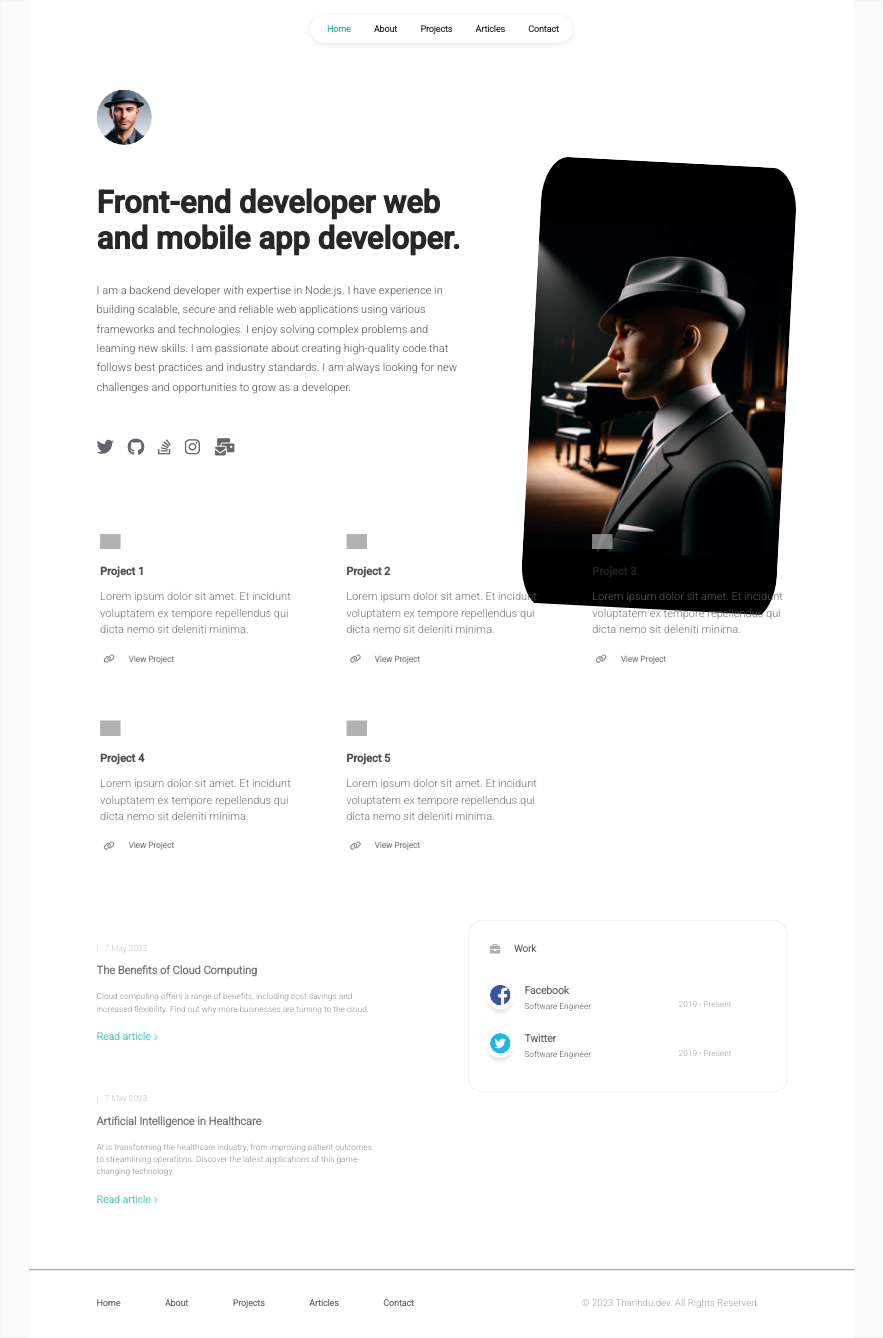
Repository: Dimple3377/reactfolio-master
Page: /
These files come from the project's save history. The page is drawn as it stood at one moment and after the next save; the edit follows.
The browser window is 1280 px wide. The pictures show the whole page, at 69% of full size.
Pictures or frames that could not be fetched are drawn as grey boxes. The project was rebuilt for these pictures with package versions that can differ from the ones it lists, and the page was loaded fresh each time. Also part of the build but not shown: src/components/about/socials.jsx, src/pages/styles/about.css, src/pages/about.jsx, src/pages/styles/projects.css, src/pages/projects.jsx, src/components/articles/article.jsx, src/pages/styles/articles.css, src/pages/articles.jsx and 5 more.

Above is the page before, as saved 2024-04-23 23:51:10.

### src/components/common/footer.jsx
import React from "react";
import { Link } from "react-router-dom";

import "./styles/footer.css";

const Footer = () => {
	return (
		<React.Fragment>
			<div className="footer">
				<div className="footer-links">
					<ul className="footer-nav-link-list">
						<li className="footer-nav-link-item">
							<Link to="/">Home</Link>
						</li>
						<li className="footer-nav-link-item">
							<Link to="/about">About</Link>
						</li>
						<li className="footer-nav-link-item">
							<Link to="/projects">Projects</Link>
						</li>
						<li className="footer-nav-link-item">
							<Link to="/articles">Articles</Link>
						</li>
						<li className="footer-nav-link-item">
							<Link to="/contact">Contact</Link>
						</li>
					</ul>
				</div>

				<div className="footer-credits">
					<div className="footer-credits-text">
						© 2023 Tharindu.dev. All Rights Reserved.
					</div>
				</div>
			</div>
		</React.Fragment>
	);
};

export default Footer;

### src/components/common/navBar.jsx
import React from "react";
import { Link } from "react-router-dom";

import "./styles/navBar.css";

const NavBar = (props) => {
	const { active } = props;

	return (
		<React.Fragment>
			<div className="nav-container">
				<nav className="navbar">
					<div className="nav-background">
						<ul className="nav-list">
							<li
								className={
									active === "home"
										? "nav-item active"
										: "nav-item"
								}
							>
								<Link to="/">Home</Link>
							</li>
							<li
								className={
									active === "about"
										? "nav-item active"
										: "nav-item"
								}
							>
								<Link to="/about">About</Link>
							</li>
							<li
								className={
									active === "projects"
										? "nav-item active"
										: "nav-item"
								}
							>
								<Link to="/projects">Projects</Link>
							</li>
							<li
								className={
									active === "articles"
										? "nav-item active"
										: "nav-item"
								}
							>
								<Link to="/articles">Articles</Link>
							</li>
							<li
								className={
									active === "contact"
										? "nav-item active"
										: "nav-item"
								}
							>
								<Link to="/contact">Contact</Link>
							</li>
						</ul>
					</div>
				</nav>
			</div>
		</React.Fragment>
	);
};

export default NavBar;

### src/components/homepage/article.jsx
import React from "react";
import { Link } from "react-router-dom";

import { FontAwesomeIcon } from "@fortawesome/react-fontawesome";
import { faChevronRight } from "@fortawesome/free-solid-svg-icons";

import "./styles/article.css";

const Article = (props) => {
	const { title, description, date, link } = props;

	return (
		<React.Fragment>
			<div className="homepage-article">
				<div className="homepage-article-content">
					<div className="homepage-article-date">
						|&nbsp;&nbsp;&nbsp;{date}
					</div>
					<div className="homepage-article-title">{title}</div>
					<div className="homepage-article-description">
						{description}
					</div>
					<div className="homepage-article-link">
						<Link to={link}>
							Read article{" "}
							<FontAwesomeIcon
								style={{ fontSize: "10px" }}
								icon={faChevronRight}
							/>
						</Link>
					</div>
				</div>
			</div>
		</React.Fragment>
	);
};

export default Article;

### src/components/homepage/works.jsx
import React from "react";
import { faBriefcase } from "@fortawesome/free-solid-svg-icons";

import Card from "../common/card";

import "./styles/works.css";

const Works = () => {
	return (
		<div className="works">
			<Card
				icon={faBriefcase}
				title="Work"
				body={
					<div className="works-body">
						<div className="work">
							<img
								src="./facebook.png"
								alt="facebook"
								className="work-image"
							/>
							<div className="work-title">Facebook</div>
							<div className="work-subtitle">
								Software Engineer
							</div>
							<div className="work-duration">2019 - Present</div>
						</div>

						<div className="work">
							<img
								src="./twitter.png"
								alt="twitter"
								className="work-image"
							/>
							<div className="work-title">Twitter</div>
							<div className="work-subtitle">
								Software Engineer
							</div>
							<div className="work-duration">2019 - Present</div>
						</div>
					</div>
				}
			/>
		</div>
	);
};

export default Works;

### src/data/user.js
const INFO = {
	main: {
		title: "Portfolio by Dimple",
		name: "Joffrey",
		email: "joffran712@gmail.com",
		logo: "../logo.png",
	},

	socials: {
		twitter: "https://twitter.com/",
		github: "https://github.com/",
		linkedin: "https://linkedin.com/",
		instagram: "https://instagram.com/",
		stackoverflow: "https://stackoverflow.com/",
		facebook: "https://facebook.com/",
	},

	homepage: {
		title: "Front-end developer web and mobile app developer.",
		description:
			"I am a backend developer with expertise in Node.js. I have experience in building scalable, secure and reliable web applications using various frameworks and technologies. I enjoy solving complex problems and learning new skills. I am passionate about creating high-quality code that follows best practices and industry standards. I am always looking for new challenges and opportunities to grow as a developer.",
	},

	about: {
		title: "I’m Tharindu N. I live in Sri Lanka, where I design the future.",
		description:
			"I've worked on a variety of projects over the years and I'm proud of the progress I've made. Many of these projects are open-source and available for others to explore and contribute to. If you're interested in any of the projects I've worked on, please feel free to check out the code and suggest any improvements or enhancements you might have in mind. Collaborating with others is a great way to learn and grow, and I'm always open to new ideas and feedback.",
	},

	articles: {
		title: "I'm passionate about pushing the boundaries of what's possible and inspiring the next generation of innovators.",
		description:
			"Chronological collection of my long-form thoughts on programming, leadership, product design, and more.",
	},

	projects: [
		{
			title: "Project 1",
			description:
				"Lorem ipsum dolor sit amet. Et incidunt voluptatem ex tempore repellendus qui dicta nemo sit deleniti minima.",
			logo: "https://cdn.jsdelivr.net/npm/programming-languages-logos/src/javascript/javascript.png",
			linkText: "View Project",
			link: "https://github.com",
		},

		{
			title: "Project 2",
			description:
				"Lorem ipsum dolor sit amet. Et incidunt voluptatem ex tempore repellendus qui dicta nemo sit deleniti minima.",
			logo: "https://cdn.jsdelivr.net/npm/programming-languages-logos/src/python/python.png",
			linkText: "View Project",
			link: "https://github.com",
		},

		{
			title: "Project 3",
			description:
				"Lorem ipsum dolor sit amet. Et incidunt voluptatem ex tempore repellendus qui dicta nemo sit deleniti minima.",
			logo: "https://cdn.jsdelivr.net/npm/programming-languages-logos/src/html/html.png",
			linkText: "View Project",
			link: "https://github.com",
		},

		{
			title: "Project 4",
			description:
				"Lorem ipsum dolor sit amet. Et incidunt voluptatem ex tempore repellendus qui dicta nemo sit deleniti minima.",
			logo: "https://cdn.jsdelivr.net/npm/programming-languages-logos/src/javascript/javascript.png",
			linkText: "View Project",
			link: "https://github.com",
		},

		{
			title: "Project 5",
			description:
				"Lorem ipsum dolor sit amet. Et incidunt voluptatem ex tempore repellendus qui dicta nemo sit deleniti minima.",
			logo: "https://cdn.jsdelivr.net/npm/programming-languages-logos/src/javascript/javascript.png",
			linkText: "View Project",
			link: "https://github.com",
		},
	],
};

export default INFO;

### src/pages/styles/homepage.css
@import "../../data/styles.css";

.homepage-logo-container {
	display: flex;
	justify-content: left;
	align-items: center;
	padding-top: 130px;
}

.homepage-container {
	padding-top: 25px;
}

.homepage-first-area {
	display: flex;
	justify-content: space-between;
	align-items: center;
}

.homepage-first-area-left-side {
	display: flex;
	flex-direction: column;
	align-items: flex-start;
}

.homepage-title {
	width: 85% !important;
}

.homepage-subtitle {
	width: 85% !important;
}

.homepage-first-area-right-side {
	display: flex;
	align-items: center;
}

.homepage-image-container {
	width: 370px;
	height: 370px;
}

.homepage-image-wrapper {
	overflow: hidden;
	border-radius: 10%;
	transform: rotate(3deg);
}

.homepage-image-wrapper img {
	width: 100%;
}

.homepage-socials {
	display: flex;
	justify-content: left;
	align-items: center;
	padding-top: 30px;
}

.homepage-social-icon {
	padding-right: 20px;
	font-size: 25px;
	transition: color 0.2s ease-in-out;
	color: var(--secondary-color);
}

.homepage-social-icon:hover {
	color: var(--primary-color);
}

.homepage-after-title {
	display: flex;
}

.homepage-projects {
	flex-basis: 300px;
	padding-top: 40px;
}

.homepage-articles {
	flex-basis: 900px;
	padding-top: 30px;
	margin-left: -30px;
}

.homepage-article {
	padding-bottom: 5px;
}

.homepage-works {
	flex-basis: 600px;
	padding-top: 30px;
}

@media (max-width: 1024px) {
	.homepage-first-area {
		flex-direction: column;
	}

	.homepage-first-area-left-side {
		display: flex;
		flex-direction: column; /* Changed: set direction to column */
		align-items: flex-start;
		width: 100%;
		order: 2;
	}

	.homepage-title {
		width: 100% !important;
		margin-top: 20px;
		order: 2;
	}

	.homepage-subtitle {
		width: 100% !important;
		margin-top: 10px;
		order: 3;
	}

	.homepage-first-area-right-side {
		width: 100%;
		order: 1;
	}

	.homepage-image-container {
		padding-top: 50px;
		padding-bottom: 50px;
		margin-left: 10px;
		order: 1;
	}

	.homepage-after-title {
		flex-direction: column;
	}

	.homepage-projects {
		flex-basis: auto;
	}

	.homepage-articles {
		flex-basis: auto;
	}

	.homepage-works {
		flex-basis: auto;
		margin-left: -25px;
		margin-right: -25px;
	}
}

### src/pages/styles/readArticle.css
@import "../../data/styles.css";

.read-article-logo-container {
	display: flex;
	justify-content: left;
	padding-top: 25px;
}

.read-article-logo {
	display: flex;
	position: fixed;
	border: 1px solid white;
	border-radius: 50%;
	box-shadow: 0px 4px 10px rgba(0, 0, 0, 0.25);
	top: 4vh;
}

.read-article-container {
	display: flex;
	height: 100%;
	margin: 0;
	padding-top: 120px;
}

.read-article-back {
	padding-top: 68px;
	padding-right: 50px;
	width: 40px;
	height: 40px;
}

.read-article-back-button {
	width: 50px;
	border-radius: 50%;
	box-shadow: 0px 4px 10px rgba(0, 0, 0, 0.25);
}

.read-article-wrapper {
	width: 80%;
	padding-top: 30px;
}

.read-article-date-container {
	border-left: 2px solid var(--quaternary-color);
	color: var(--tertiary-color);
	font-size: 16 px;
	align-items: center;
	height: 22px;
}

.read-article-date {
	font-family: var(--primary-font);
	padding-left: 15px;
}

.read-article-title {
	padding-top: 50px;
	padding-bottom: 50px;
	width: 100% !important;
}

.read-article-body {
	padding-bottom: 50px;
	font-size: 16px;
	line-height: 30px;
	font-family: system-ui;
	color: #52525b;
}

### src/components/common/styles/footer.css
@import "../../../data/styles.css";

.footer {
	display: flex;
	padding-top: 25px;
	margin-top: 50px;
	padding-bottom: 25px;
	align-items: center;
}

.footer-links,
.footer-credits {
	flex-basis: 50%;
}

.footer-links {
	margin-left: -40px;
}

.footer-nav-link-list {
	display: flex;
	list-style: none;
	justify-content: space-between;
	align-items: center;
}

.footer-nav-link-item {
	font-weight: bold;
	font-size: 80%;
}

.footer-nav-link-list a {
	text-decoration: none;
	color: var(--secondary-color);
}

.footer-nav-link-list a:hover {
	color: var(--link-color);
}

.footer-credits-text {
	justify-content: flex-end;
	color: var(--tertiary-color);
	font-size: 14px;
	text-align: right;
}

@media (max-width: 600px) {
	.footer {
		flex-direction: column;
		height: 85px;
	}

	.footer-links {
		display: flex;
		width: 100%;
		justify-content: center;
	}

	.footer-nav-link-list {
		width: 100%;
	}
}

### src/components/common/styles/navBar.css
@import "../../../data/styles.css";

.nav-container {
	margin: 0;
	display: flex;
	justify-content: center;
	align-items: center;
}

.navbar {
	display: flex;
	justify-content: center;
	align-items: center;
	position: fixed;
	top: 3vh;
	z-index: 999;
}

.nav-background {
	width: 380px;
	height: 40px;
	padding-left: 0%;
	padding-right: 0%;
	background: #fff;
	box-shadow: 0px 2px 10px rgba(0, 0, 0, 0.1);
	border-radius: 40px;
}

.nav-list {
	display: flex;
	justify-content: space-between;
	list-style: none;
	align-items: center;
	margin-left: -16px;
	margin-right: 20px;
	margin-top: 11px;
}

.nav-item {
	font-weight: bold;
	font-size: 80%;
}

.nav-item.active a {
	color: var(--link-color) !important;
}

.nav-item a {
	text-decoration: none;
	color: var(--primary-color);
}

.nav-item a:hover {
	color: var(--link-color);
	transition: color 0.3s ease-in-out;
}

@media (max-width: 600px) {
	.navbar {
		margin-left: 25%;
		margin-right: 25%;
		width: 80%;
		font-size: 80%;
	}

	.nav-background {
		width: 80%;
		height: 40px;
	}

	.nav-item {
		font-weight: bold;
	}
}

### src/components/homepage/styles/article.css
@import "../../../data/styles.css";

.homepage-article {
	width: 90%;
	mix-blend-mode: normal;
	border-radius: 20px;
	opacity: 0.8;
}

.homepage-article:hover {
	background: #fafafa;
	opacity: 1;
	transition: background-color 0.3s ease-in-out;
}

.homepage-article-content {
	padding: 30px;
}

.homepage-article-date {
	opacity: 1;
	color: var(--tertiary-color);
	font-size: 12px;
	margin-bottom: 1em;
}

.homepage-article-title {
	opacity: 1;
	color: var(--primary-color);
	font-size: 16px;
	margin-bottom: 1em;
	font-weight: 700;
}

.homepage-article-description {
	opacity: 1;
	color: var(--secondary-color);
	font-size: 12px;
	line-height: 1.5;
}

.homepage-article-link {
	opacity: 1;
	padding-top: 20px;
	font-size: 15px;
	font-weight: 700;
}

.homepage-article-link a {
	color: var(--link-color);
	text-decoration: none;
}

@media (max-width: 600px) {
	.homepage-article {
		width: 100%;
	}
}

### src/components/projects/project.jsx
import React from "react";
import { Link } from "react-router-dom";
import { FontAwesomeIcon } from "@fortawesome/react-fontawesome";
import { faLink } from "@fortawesome/free-solid-svg-icons";

import "./styles/project.css";

const Project = (props) => {
	const { logo, title, description, linkText, link } = props;

	return (
		<React.Fragment>
			<div className="project">
				<Link to={link}>
					<div className="project-container">
						<div className="project-logo">
							<img src={logo} alt="logo" />
						</div>
						<div className="project-title">{title}</div>
						<div className="project-description">{description}</div>
						<div className="project-link">
							<div className="project-link-icon">
								<FontAwesomeIcon icon={faLink} />
							</div>

							<div className="project-link-text">{linkText}</div>
						</div>
					</div>
				</Link>
			</div>
		</React.Fragment>
	);
};

export default Project;

### src/components/articles/style/article.css
@import "../../../data/styles.css";

.article {
	display: flex;
}

.article a {
	text-decoration: none;
}

.article-left-side {
	min-width: 20%;
	max-width: 20%;
}

.article-right-side {
	flex-basis: 80%;
	min-width: 700px;
	mix-blend-mode: normal;
	border-radius: 20px;
	opacity: 0.8;
	padding: 30px;
}

.article-right-side:hover {
	background: #fafafa;
	opacity: 1;
	transition: background-color 0.3s ease-in-out;
}

.article-date {
	padding-top: 30px;
	font-size: 15px;
	color: var(--tertiary-color);
}

.article-title {
	color: #000000;
	font-size: 16px;
	font-weight: 600;
}

.article-description {
	padding-top: 10px;
	font-size: 12px;
	color: var(--secondary-color);
	font-weight: 480;
	line-height: 25px;
}

.article-link {
	padding-top: 10px;
	font-size: 14px;
	color: var(--link-color);
	font-weight: 700;
}

@media (max-width: 1024px) {
	.article-left-side {
		min-width: 10%;
		max-width: 10%;
	}

	.article-right-side {
		flex-basis: 90%;
		min-width: 85%;
		max-width: 85%;
	}
}

### src/components/projects/styles/project.css
@import "../../../data/styles.css";

.project {
	mix-blend-mode: normal;
	border-radius: 20px;
	opacity: 0.8;
	height: 100%;
}

.project a {
	text-decoration: none;
}

.project:hover {
	background: #fafafa;
	opacity: 1;
	transition: background-color 0.3s ease-in-out;
}

.project:hover .project-link {
	color: var(--link-color);
	transition: color 0.3s ease-in-out;
}

.project-container {
	padding: 30px;
}

.project-logo {
	width: 30px;
}

.project-logo img {
	width: 100%;
}

.project-title {
	font-family: var(--secondary-font);
	color: var(--primary-color);
	font-size: 16px;
	padding-top: 15px;
	margin-bottom: 1em;
	font-weight: 700;
}

.project-description {
	color: var(--secondary-color);
}

.project-link {
	display: flex;
	align-items: center;
	color: var(--secondary-color);
	font-size: 12px;
	padding-top: 20px;
}

.project-link-icon {
	padding-left: 5px;
	font-size: 13px;
}

.project-link-text {
	padding-left: 20px;
	font-weight: 700;
}

@media (max-width: 600px) {
	.project {
		height: 300px;
	}
}

Loaded but not shown: public/index.html (common file); src/index.js (common file); src/index.css (common file); src/App.js (common file); src/reportWebVitals.js (common file); src/data/styles.css (common file); src/data/tracking.js (common file); src/app.css (common file); src/components/common/logo.jsx (common file); src/components/projects/allProjects.jsx (common file); src/components/common/styles/logo.css (common file); src/components/common/card.jsx (common file); src/components/homepage/styles/works.css (common file); src/components/projects/styles/allProjects.css (common file); src/components/about/styles/socials.css (common file); src/components/common/styles/card.css (common file); src/data/articles.js (65 lines, source omitted); src/data/seo.js (38 lines, source omitted); src/pages/homepage.jsx (206 lines, source omitted)

After the next save:
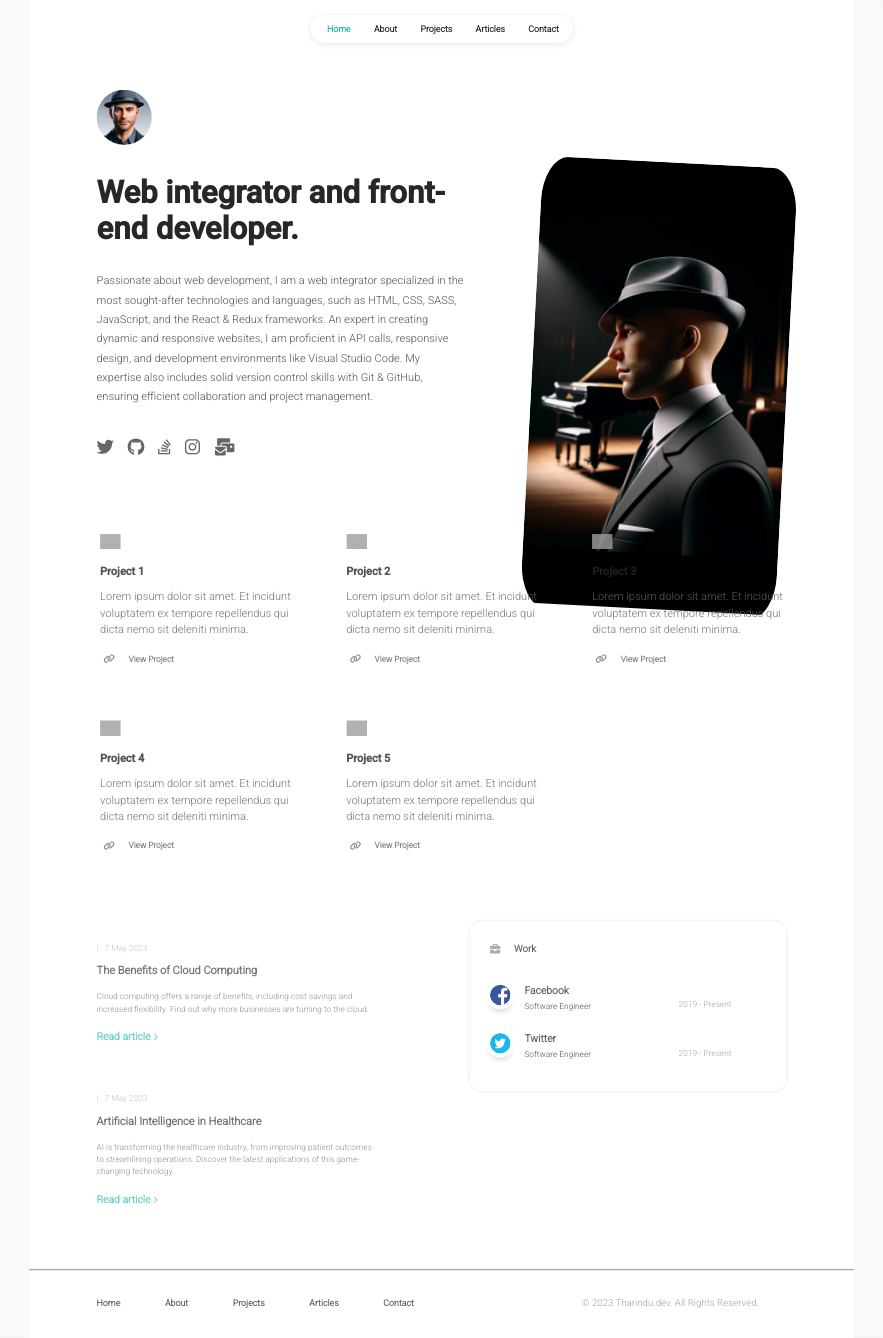
Saved 5 min 44 s later.
--- a/src/data/user.js
+++ b/src/data/user.js
@@ -16,9 +16,9 @@ const INFO = {
 	},
 
 	homepage: {
-		title: "Front-end developer web and mobile app developer.",
+		title: "Web integrator  and front-end developer.",
 		description:
-			"I am a backend developer with expertise in Node.js. I have experience in building scalable, secure and reliable web applications using various frameworks and technologies. I enjoy solving complex problems and learning new skills. I am passionate about creating high-quality code that follows best practices and industry standards. I am always looking for new challenges and opportunities to grow as a developer.",
+			"Passionate about web development, I am a web integrator specialized in the most sought-after technologies and languages, such as HTML, CSS, SASS, JavaScript, and the React & Redux frameworks. An expert in creating dynamic and responsive websites, I am proficient in API calls, responsive design, and development environments like Visual Studio Code. My expertise also includes solid version control skills with Git & GitHub, ensuring efficient collaboration and project management.",
 	},
 
 	about: {
